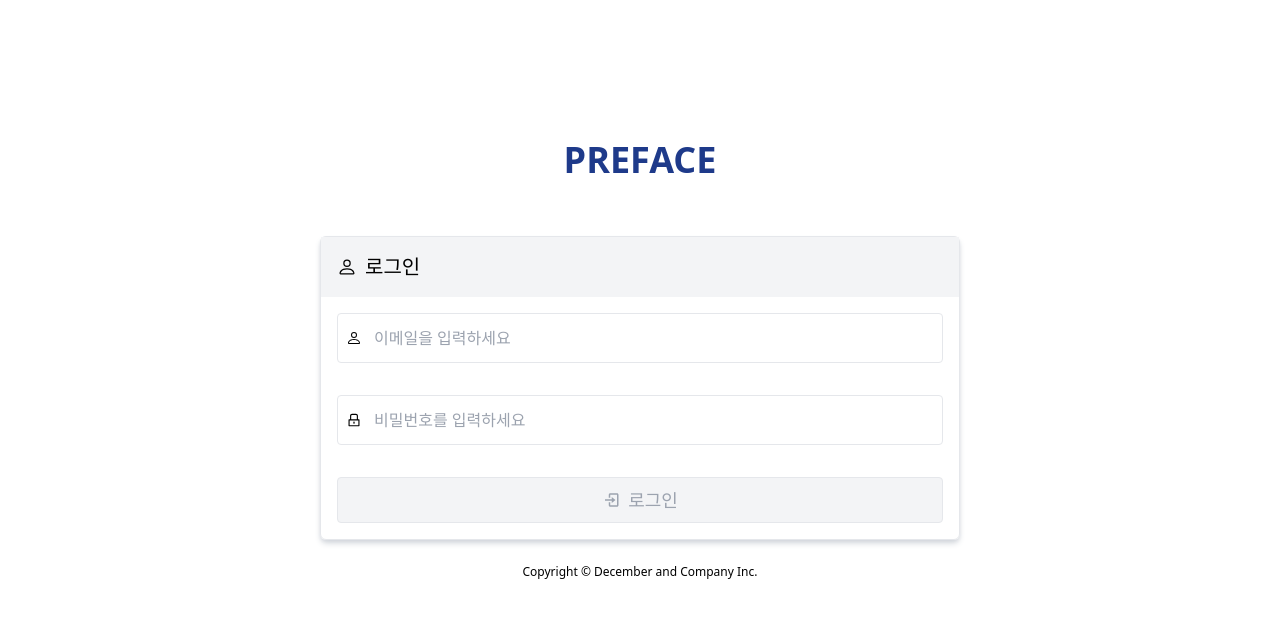
Repository: wanted-pre-onboarding-4/pre-onboarding-assignment-week-4-1-team-4
Page: /login (app in client/)
An editor plug-in stored every save of this project. The page is shown before and after the next save, followed by the edit.
The browser window is 1280 px wide. The pictures show the whole page.
The project was rebuilt for these pictures with package versions that can differ from the ones it lists, and the page was loaded fresh each time. Also part of the build but not shown: client/src/components/Footer.jsx, client/src/components/Header.jsx, client/src/components/Sider.jsx, client/src/components/Layout.jsx.

Above is the page before, as saved 2022-09-20 21:32:50.

After the next save:
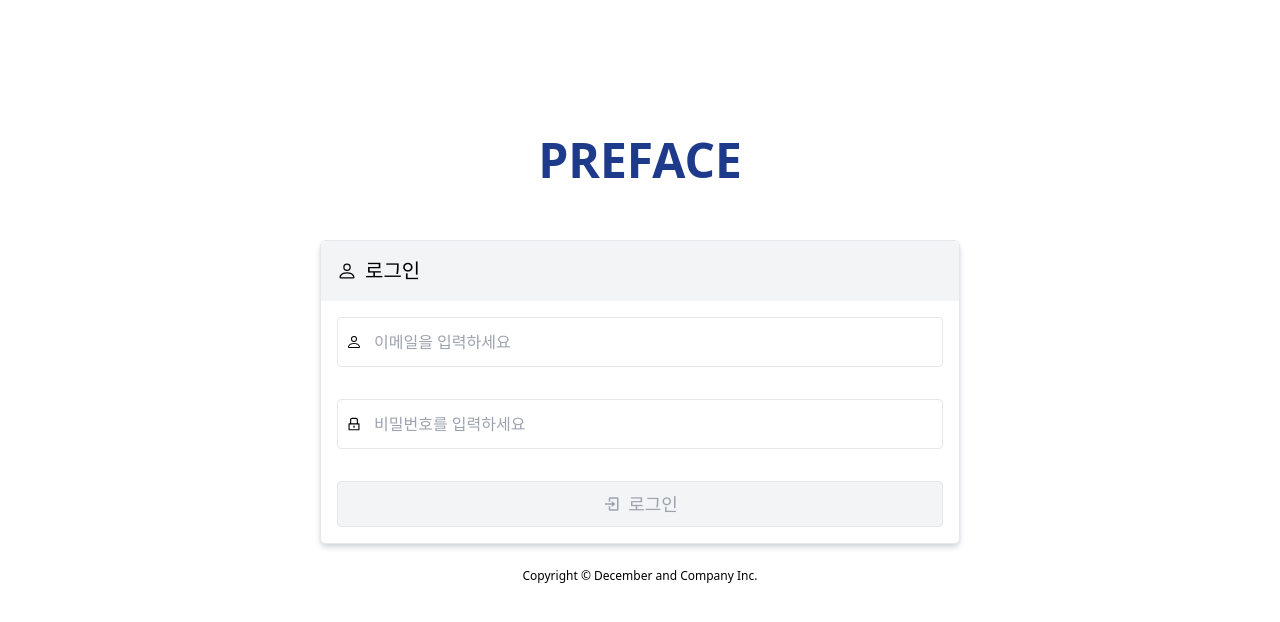
Saved 9 s later.
--- a/client/src/pages/login/Login.jsx
+++ b/client/src/pages/login/Login.jsx
@@ -6,7 +6,7 @@
 const Login = () => {
   return (
     <div className='flex flex-col justify-center items-center w-full gap-y-6'>
-    <h1 className='text-4xl font-extrabold text-blue-900 mb-8'>PREFACE</h1>
+    <h1 className='text-5xl font-extrabold text-blue-900 mb-8'>PREFACE</h1>
       <div className='border-solid border-[1px] rounded-md shadow-md shadow-gray-300 w-1/2'>
         <div className="flex items-center justify-start space-x-2 p-4 font-medium text-xl bg-gray-100">
           <BsPerson />
